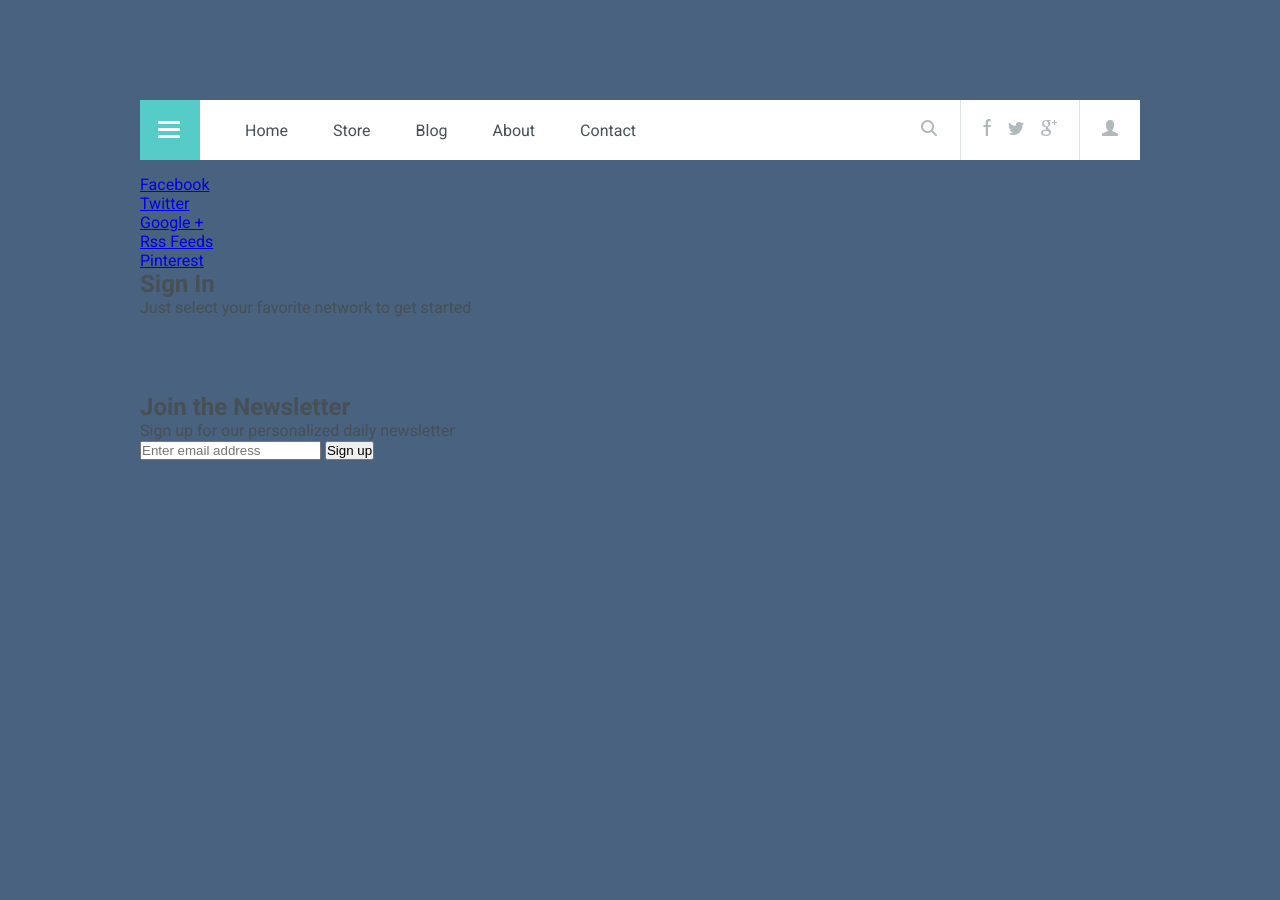
Repository: pawelczubak/WeeklyWebDevChallenge
Page: Challenge_4/index.html
These files come from the project's save history. The page is drawn as it stood at one moment and after the next save; the edit follows.
The browser window is 1280 px wide. The pictures show the whole page.
Some web libraries are served in a nearby version.

Above is the page before, as saved 2020-04-27 19:28:06.

### Challenge_4/index.html
<!DOCTYPE html>
<html lang="en">

<head>
    <meta charset="UTF-8">
    <meta name="viewport" content="width=device-width, initial-scale=1.0">

    <title>Weekly WebDev Challenge - 4</title>

    <link href="https://fonts.googleapis.com/css2?family=Roboto:wght@300;400;700&display=swap" rel="stylesheet">
    <script src="https://kit.fontawesome.com/f64caa1a2c.js" crossorigin="anonymous"></script>

    <meta name="viewport" content="width = device-width, initial-scale=1, user-scalable=yes">
    <link rel="stylesheet" href="css/main.css">
</head>

<body>
    <div class="container">
        <!--  -----  NAVIGATION START  -----  -->
        <nav class="nav">
            <div class="nav-button">

                <svg xmlns="http://www.w3.org/2000/svg" xmlns:xlink="http://www.w3.org/1999/xlink" width="0.24in"
                    height="0.18in">
                    <path fill-rule="evenodd" fill="rgb(255, 255, 255)"
                        d="M20.653,17.008 L1.347,17.008 C0.603,17.008 -0.000,16.417 -0.000,15.690 L-0.000,15.372 C-0.000,14.644 0.603,14.055 1.347,14.055 L20.653,14.055 C21.397,14.055 22.000,14.644 22.000,15.372 L22.000,15.690 C22.000,16.417 21.397,17.008 20.653,17.008 ZM20.653,9.980 L1.347,9.980 C0.603,9.980 -0.000,9.390 -0.000,8.662 L-0.000,8.344 C-0.000,7.617 0.603,7.027 1.347,7.027 L20.653,7.027 C21.397,7.027 22.000,7.617 22.000,8.344 L22.000,8.662 C22.000,9.390 21.397,9.980 20.653,9.980 ZM20.653,2.952 L1.347,2.952 C0.603,2.952 -0.000,2.362 -0.000,1.635 L-0.000,1.317 C-0.000,0.589 0.603,-0.001 1.347,-0.001 L20.653,-0.001 C21.397,-0.001 22.000,0.589 22.000,1.317 L22.000,1.635 C22.000,2.362 21.397,2.952 20.653,2.952 Z" />
                </svg>

            </div>
            <ul class="nav-list">
                <li class="nav-list__item"><a href="#" class="nav-list__link">Home</a></li>
                <li class="nav-list__item"><a href="#" class="nav-list__link">Store</a></li>
                <li class="nav-list__item"><a href="#" class="nav-list__link">Blog</a></li>
                <li class="nav-list__item"><a href="#" class="nav-list__link">About</a></li>
                <li class="nav-list__item"><a href="#" class="nav-list__link">Contact</a></li>
            </ul>
            <div class="nav-icons">
                <div class="nav-icons__search">
                    <a href="#" class="nav-link__icon">
                        <svg xmlns="http://www.w3.org/2000/svg" xmlns:xlink="http://www.w3.org/1999/xlink"
                            width="0.18in" height="0.17in">
                            <path class="nav-icons__svg" fill-rule="evenodd" fill="rgb(178, 185, 189)"
                                d="M15.728,14.309 L11.786,10.388 C12.600,9.303 13.088,7.963 13.088,6.504 C13.088,2.908 10.157,-0.006 6.541,-0.006 C2.926,-0.006 -0.005,2.908 -0.005,6.504 C-0.005,10.100 2.926,13.014 6.541,13.014 C7.963,13.014 9.275,12.558 10.349,11.793 L14.304,15.726 C14.697,16.117 15.335,16.117 15.728,15.726 C16.121,15.335 16.121,14.700 15.728,14.309 ZM6.541,11.011 C4.038,11.011 2.009,8.994 2.009,6.504 C2.009,4.015 4.038,1.996 6.541,1.996 C9.044,1.996 11.073,4.015 11.073,6.504 C11.073,8.994 9.044,11.011 6.541,11.011 Z" />
                        </svg>
                    </a>
                </div>
                <ul class="nav-icons__social-list">
                    <li class="nav-icons__social-icons">
                        <a href="#" class="nav-link__icon">
                            <svg xmlns="http://www.w3.org/2000/svg" xmlns:xlink="http://www.w3.org/1999/xlink"
                                width="0.09in" height="0.18in">
                                <path class="nav-icons__svg" fill-rule="evenodd" fill="rgb(178, 185, 189)"
                                    d="M7.672,0.063 L6.069,0.063 C6.069,0.063 2.724,-0.188 2.724,3.338 C2.724,4.092 2.724,6.011 2.724,6.011 L0.453,6.011 L0.459,7.910 L2.723,7.910 L2.725,17.002 L5.000,17.002 L5.000,7.910 L7.507,7.910 L8.042,6.011 L5.013,6.011 L5.013,3.266 C5.013,3.266 4.988,2.341 6.072,2.341 L7.662,2.341 L7.672,0.063 Z" />
                            </svg>
                        </a>
                    </li>
                    <li class="nav-icons__social-icons">
                        <a href="#" class="nav-link__icon">
                            <svg xmlns="http://www.w3.org/2000/svg" xmlns:xlink="http://www.w3.org/1999/xlink"
                                width="0.17in" height="0.14in">
                                <path class="nav-icons__svg" fill-rule="evenodd" fill="rgb(178, 185, 189)"
                                    d="M16.027,1.547 C15.437,1.809 14.803,1.985 14.138,2.065 C14.817,1.659 15.338,1.015 15.584,0.250 C14.949,0.625 14.245,0.898 13.497,1.046 C12.897,0.408 12.043,0.009 11.097,0.009 C9.282,0.009 7.810,1.478 7.810,3.291 C7.810,3.547 7.839,3.799 7.895,4.039 C5.163,3.901 2.741,2.595 1.119,0.611 C0.837,1.095 0.674,1.658 0.674,2.259 C0.674,3.398 1.255,4.402 2.137,4.990 C1.598,4.974 1.091,4.825 0.648,4.579 C0.647,4.593 0.647,4.606 0.647,4.621 C0.647,6.211 1.781,7.537 3.285,7.838 C3.009,7.913 2.718,7.953 2.418,7.953 C2.207,7.953 2.000,7.933 1.800,7.894 C2.218,9.198 3.432,10.147 4.871,10.172 C3.746,11.053 2.328,11.578 0.788,11.578 C0.523,11.578 0.261,11.562 0.004,11.531 C1.459,12.462 3.187,13.006 5.043,13.006 C11.089,13.006 14.395,8.006 14.395,3.671 C14.395,3.529 14.393,3.387 14.387,3.246 C15.029,2.783 15.586,2.206 16.027,1.547 Z" />
                            </svg>
                        </a>
                    </li>
                    <li class="nav-icons__social-icons">
                        <a href="#" class="nav-link__icon">
                            <svg xmlns="http://www.w3.org/2000/svg" xmlns:xlink="http://www.w3.org/1999/xlink"
                                width="0.18in" height="0.18in">
                                <path class="nav-icons__svg" fill-rule="evenodd" fill="rgb(178, 185, 189)"
                                    d="M15.006,4.015 L15.006,5.999 L13.966,5.999 L13.966,4.015 L11.997,4.015 L11.997,3.013 L13.966,3.013 L13.966,0.971 L15.006,0.971 L15.006,3.013 L17.010,3.013 L17.010,4.015 L15.006,4.015 ZM8.900,2.055 C9.780,2.557 10.247,3.589 10.247,4.730 C10.247,5.777 9.666,6.620 8.845,7.259 C8.043,7.884 7.891,8.145 7.891,8.676 C7.891,9.129 8.849,9.803 9.290,10.132 C10.823,11.279 11.112,12.000 11.134,13.433 C11.162,15.338 9.199,17.001 6.054,17.001 C3.294,17.001 0.982,15.749 0.982,13.959 C0.982,11.258 2.897,10.385 5.657,10.385 C5.958,10.385 6.233,10.377 6.518,10.377 C6.141,10.013 5.836,9.697 5.836,9.144 C5.836,8.815 5.940,8.501 6.087,8.221 C5.938,8.231 5.785,8.241 5.627,8.241 C3.360,8.241 2.041,6.653 2.041,4.664 C2.041,2.715 4.050,0.969 6.459,0.969 C7.701,0.969 11.208,0.969 11.208,0.969 L10.147,2.055 L8.900,2.055 ZM6.121,11.642 C4.364,11.642 2.912,12.300 2.912,13.538 C2.912,14.799 4.207,15.828 5.999,15.828 C8.520,15.828 9.398,14.865 9.398,13.601 C9.398,13.449 9.394,13.295 9.341,13.156 C8.733,11.642 6.774,11.642 6.121,11.642 ZM8.249,4.923 C8.040,3.342 7.249,2.152 6.035,2.115 C4.820,2.079 3.755,3.182 3.966,4.764 C4.175,6.348 5.330,7.409 6.545,7.446 C7.760,7.481 8.458,6.507 8.249,4.923 Z" />
                            </svg>
                        </a>
                    </li>
                </ul>
                <div class="nav-icons__acount">
                    <a href="#" class="nav-link__icon">
                        <svg xmlns="http://www.w3.org/2000/svg" xmlns:xlink="http://www.w3.org/1999/xlink"
                            width="0.182in" height="0.18in">
                            <path class="nav-icons__svg" fill-rule="evenodd" fill="rgb(178, 185, 189)"
                                d="M15.993,17.030 L1.963,17.030 C1.394,17.030 0.932,16.569 0.932,15.999 L0.932,15.405 C0.932,14.535 1.963,14.374 1.963,14.374 L7.322,11.719 C5.880,10.561 5.056,8.283 5.056,7.156 L5.056,4.578 C5.056,2.871 6.903,0.969 9.181,0.969 C11.459,0.969 13.024,2.871 13.024,4.578 L13.024,7.156 C13.024,8.394 12.208,10.604 10.779,11.729 L15.993,14.374 C15.993,14.374 17.024,14.551 17.024,15.405 L17.024,15.999 C17.024,16.569 16.562,17.030 15.993,17.030 Z" />
                        </svg>
                    </a>
                </div>
            </div>
        </nav>

        <!--  -----  NAVIGATION END  -----  -->

        <!--  -----  MAIN START  -----  -->
        <main class="main">
            <!--  -----  MENU SECTION START  -----  -->
            <section class="menu-section"></section>
            <!--  -----  MENU SECTION END  -----  -->

            <!--  -----  SOCIAL SECTION START  -----  -->
            <section class="social-section">
                <article class="social-section__socials-container">
                    <ul class="socials-container__socials-list">
                        <li class="socials-container__socials-items">
                            <a href="#" class="socials-container__socials-link">Facebook</a>
                        </li>
                        <li class="socials-container__socials-items">
                            <a href="#" class="socials-container__socials-link">Twitter</a>
                        </li>
                        <li class="socials-container__socials-items">
                            <a href="#" class="socials-container__socials-link">Google +</a>
                        </li>
                        <li class="socials-container__socials-items">
                            <a href="#" class="socials-container__socials-link">Rss Feeds</a>
                        </li>
                        <li class="socials-container__socials-items">
                            <a href="#" class="socials-container__socials-link">Pinterest</a>
                        </li>
                    </ul>
                    <div class="socials-container__follow-items">
                        <div class="socials-container__facebook-widget"></div>
                        <div class="socials-container__twitter-widget"></div>
                    </div>
                </article>
                <article class="social-section__sign-in">
                    <h2 class="socials-container__header">Sign In</h2>
                    <p class="sign-in__paragraph">Just select your favorite network to get started</p>
                    <ul class="sign-in__list">
                        <li class="sign-in__item"><a href="#" class="sign-in__link"></a></li>
                        <li class="sign-in__item"><a href="#" class="sign-in__link"></a></li>
                        <li class="sign-in__item"><a href="#" class="sign-in__link"></a></li>
                        <li class="sign-in__item"><a href="#" class="sign-in__link"></a></li>
                    </ul>
                </article>
                <article class="social-section__newsletter">
                    <h2 class="socials-container__header">Join the Newsletter</h2>
                    <p class="newsletter__paragraph">Sign up for our personalized daily newsletter</p>
                    <form action="GET" class="newsletter__form">
                        <input placeholder="Enter email address" type="email" name="email" required
                            class="newsletter__input" autocomplete="off" />
                        <button class="newsletter__button" formenctype="multipart/form-data" type="submit">Sign
                            up</button>
                    </form>
                </article>
            </section>
            <!--  -----  SOCIAL SECTION END  -----  -->
        </main>
        <!--  -----  MAIN END  -----  -->


    </div>

    <script src="js/main.js" type="text/javascript"></script>
</body>

</html>

### Challenge_4/css/main.css
*,
*::after,
*::before {
    box-sizing: border-box;
    margin: 0;
    padding: 0;
}

/*------------------  GLOBAL START  ------------------*/
body {
    margin: 0;
    padding: 0;
    font: 16px 'Roboto', sans-serif;
    color: #475055;
    background-color: #49627f;
}

.container {
    max-width: 1000px;
    min-height: 700px;
    margin: 100px auto;
    overflow: hidden;
}

/*------------------  GLOBAL END  ------------------*/
/*------------------  NAV START  ------------------*/
.nav {
    position: relative;
    display: flex;
    justify-content: left;
    width: 100%;
    height: 60px;
    background-color: #ffffff;
    margin-bottom: 15px;
}

.nav-button {
    display: flex;
    align-items: center;
    justify-content: center;
    background-color: #56ccc8;
    width: 60px;
    cursor: pointer;
    pointer-events: none;
}

.nav-button:hover {
    background-color: #56ddd8;
}

.nav-list {
    display: flex;
    list-style: none;

}

.nav-list__item {
    padding-left: 45px;
    display: flex;
    align-items: center
}

.nav-list__link {
    text-decoration: none;
    color: #475055;
}

.nav-list__link:hover {
    color: #56ccc8;
}

.nav-icons {
    display: flex;
    align-items: center;
    margin-left: auto;
}

.nav-icons__search {
    width: 60px;
    display: flex;
    justify-content: center;
}

.nav-link__icon {}

.nav-icons__social-list {
    position: relative;
    display: flex;
    height: 100%;
    justify-content: space-around;
    align-items: center;
    width: 120px;
    padding: 0 15px;
}

.nav-icons__social-list::before,
.nav-icons__social-list::after {
    position: absolute;
    content: '';
    top: 0;
    height: 100%;
    width: 1px;
    background-color: #dde2e4;
}

.nav-icons__social-list::after {
    left: 0;
}

.nav-icons__social-list::before {
    right: 0;
}

.nav-icons__social-icons {
    list-style: none;
}

.nav-icons__acount {
    width: 60px;
    display: flex;
    justify-content: center;
}

.nav-link__icon:hover .nav-icons__svg {
    fill: #152840;
}

/*------------------  NAV END  ------------------*/
/*------------------  MAIN START  ------------------*/
.main {
    display: flex;
    flex-grow: 1;
    width: 100%;

}

/*------------------  MENU SECTION START  ------------------*/
.menu-section {
    /*    !!!!!!!!!!  ONLY FOR TEST !!!!!! */
    heignt: 500px;
}

/*------------------  MENU SECTION END  ------------------*/
/*------------------  SOCIAL SECTION START  ------------------*/
/*------------------  SOCIAL SECTION END  ------------------*/

/*------------------  MAIN END  ------------------*/

/*------------------  MEDIAQUERY START  ------------------*/

@media screen and (max-width: 1024px) {
    .container {
        max-width: 95%;
    }
}

@media screen and (max-width: 800px) {
    .container {
        margin: 15px auto;
    }

    /*------------------  NAV START  ------------------*/
    .nav-button {
        pointer-events: all;
    }

    .nav-list {
        position: absolute;
        flex-direction: column;
        background-color: #ffffff;
        width: 50%;
        top: 60px;
        left: 0;
        height: 500px;
        justify-content: space-around;
        align-items: center;
        transform: translateX(-101%);
        transition: all 0.2s ease-in;
    }

    .nav-list__item {
        opacity: 0;
        padding: 0;
    }

    /*------------------  NAV END  ------------------*/
}

.nav-list--active {
    transform: translateX(0%);
}

/*------------------  MEDIAQUERY END  ------------------*/

/*------------------  ANIMATIONS  ------------------*/
@keyframes navLinkFade {
    from {
        opacity: 0;
        transform: translateX(-50px);
    }

    to {
        opacity: 1;
        transform: translateX(0px);
    }
}

### Challenge_4/js/main.js
const navSlide = () => {
    const burger = document.querySelector('.nav-button');
    const nav = document.querySelector('.nav-list');
    const navLinks = document.querySelectorAll('.nav-list__item');



    burger.addEventListener('click', () => {
        //Toggle nav
        nav.classList.toggle('nav-list--active');

        //Animate links
        navLinks.forEach((link, index) => {
            if (link.style.animation) {
                link.style.animation = ''
            } else {
                link.style.animation = `navLinkFade 0.5s ease forwards ${index / 7 + 0.2}s`;
            }

        });
    });


}

navSlide();

After the next save:
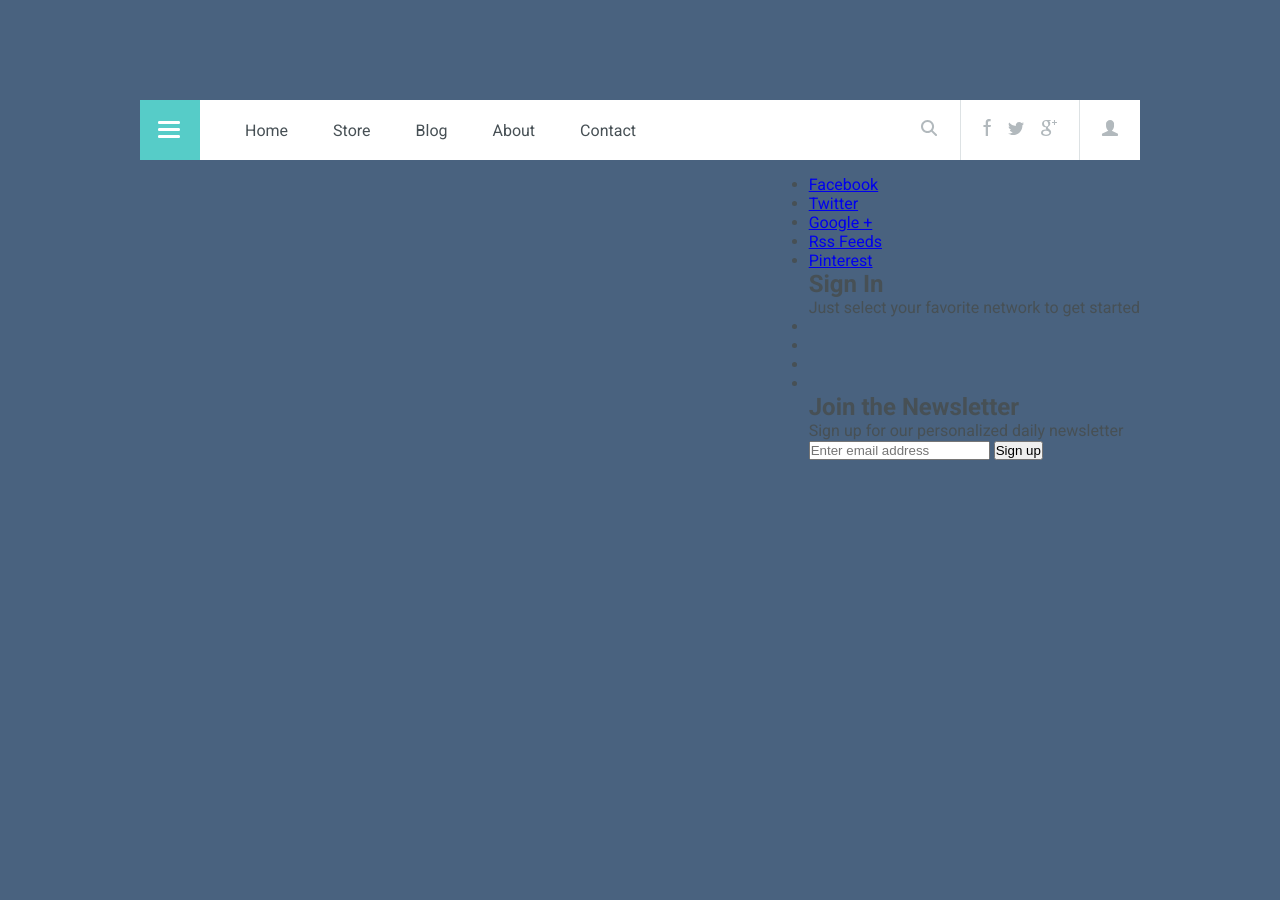
Saved 21 s later.
--- a/Challenge_4/css/main.css
+++ b/Challenge_4/css/main.css
@@ -129,13 +129,14 @@ body {
 /*------------------  MAIN START  ------------------*/
 .main {
     display: flex;
-    flex-grow: 1;
+
     width: 100%;
 
 }
 
 /*------------------  MENU SECTION START  ------------------*/
 .menu-section {
+    flex-grow: 1;
     /*    !!!!!!!!!!  ONLY FOR TEST !!!!!! */
     heignt: 500px;
 }
